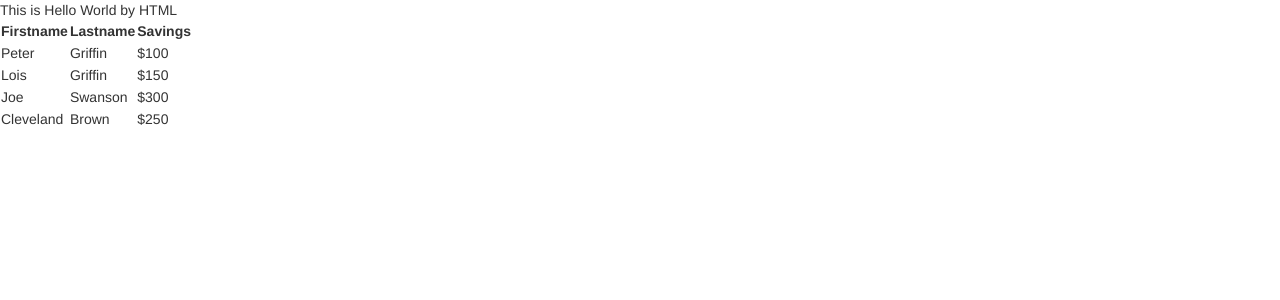
Repository: looby10120/Marathon-Runner-Database-Project
Page: client/index.html
The author's editor kept a record of every edit. The page is drawn from the files as they stood at one moment, then again after the next edit.
The browser window is 1280 px wide. The pictures show the whole page.

Above is the page before.
Not found: client/css/Mycss.css

After the next edit:
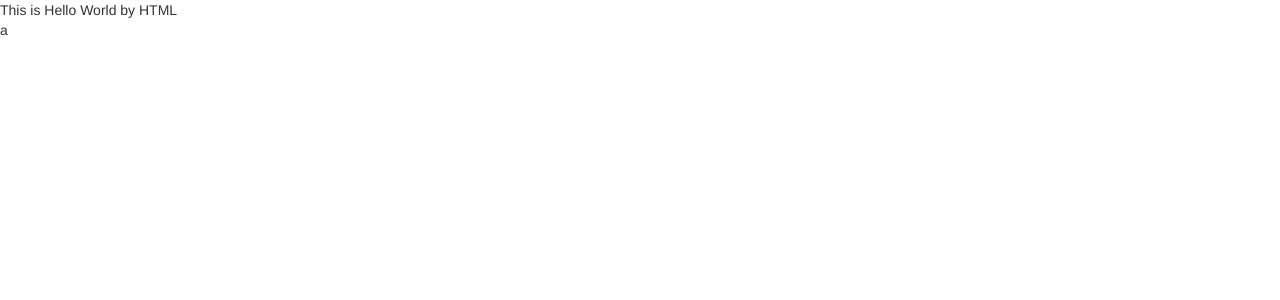
Console error: SyntaxError: Unexpected token '<'
The edit:
--- a/client/index.html
+++ b/client/index.html
@@ -16,7 +16,7 @@
     </div>
   <script src="https://ajax.googleapis.com/ajax/libs/jquery/3.3.1/jquery.min.js"></script>
   <script>
-    var a = `<table>
+    var a = <table>
   <tr>
     <th>Firstname</th>
     <th>Lastname</th>

After the 3 edits that followed:
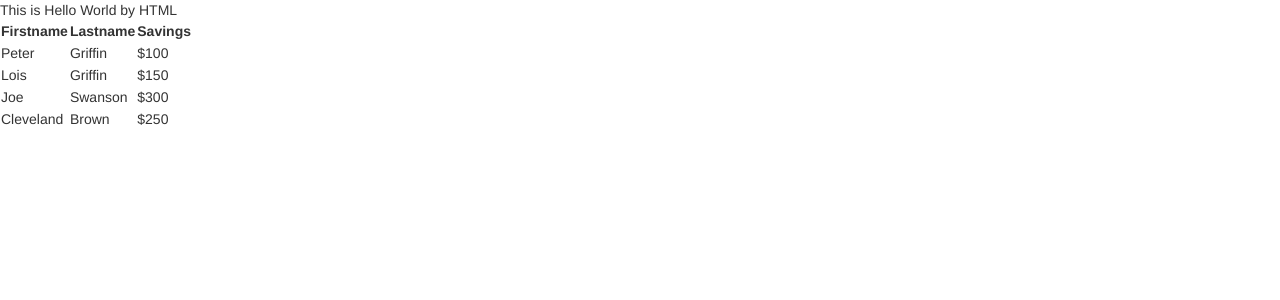
The error is gone.
The 3 edits are shown as one change because 2 left the picture as it was.
The edit:
--- a/client/index.html
+++ b/client/index.html
@@ -16,7 +16,7 @@
     </div>
   <script src="https://ajax.googleapis.com/ajax/libs/jquery/3.3.1/jquery.min.js"></script>
   <script>
-    var a = <table>
+    var a = `<table>
   <tr>
     <th>Firstname</th>
     <th>Lastname</th>
